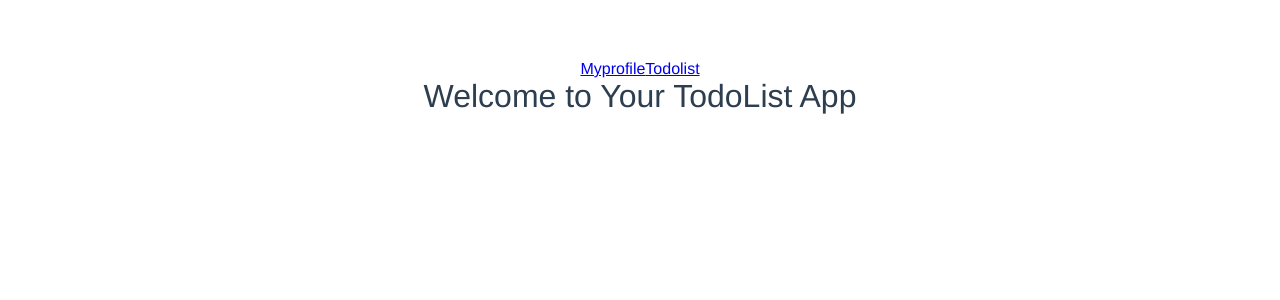
Repository: Shanshan67/todolist
Page: /#/
These files come from the project's save history. The page is drawn as it stood at one moment and after a run of saves; the edit follows.
The browser window is 1280 px wide. The pictures show the whole page.
The project was rebuilt for these pictures with package versions that can differ from the ones it lists, and the page was loaded fresh each time. Also part of the build but not shown: src/components/Search.vue, src/components/List.vue, src/pages/Myprofile.vue, src/pages/Todolist.vue.

Above is the page before, as saved 2022-07-20 18:19:51.

After the next 2 saves:
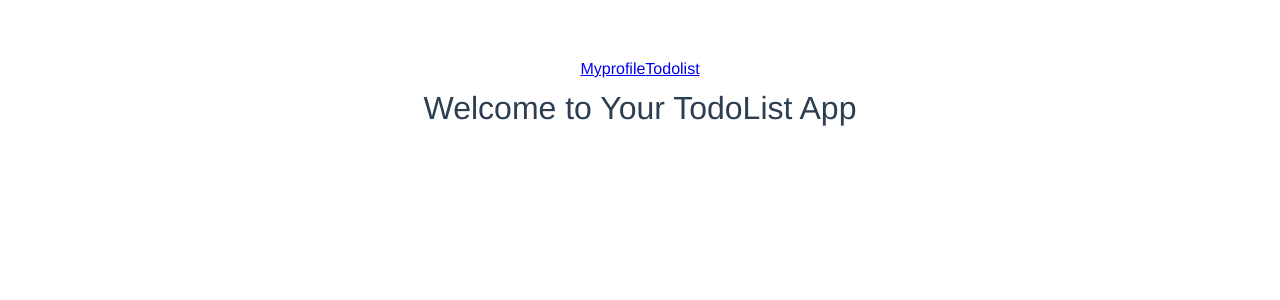
The 2 saves are shown as one change because 1 did not build or start.
The last was saved 9 min 55 s later.
--- a/src/pages/Dashboard.vue
+++ b/src/pages/Dashboard.vue
@@ -1,7 +1,7 @@
 <template>
-  <div class="hello">
+  <v-container>
     <h1>{{ msg }}</h1>
-  </div>
+  </v-container>
 </template>
 
 <script>
